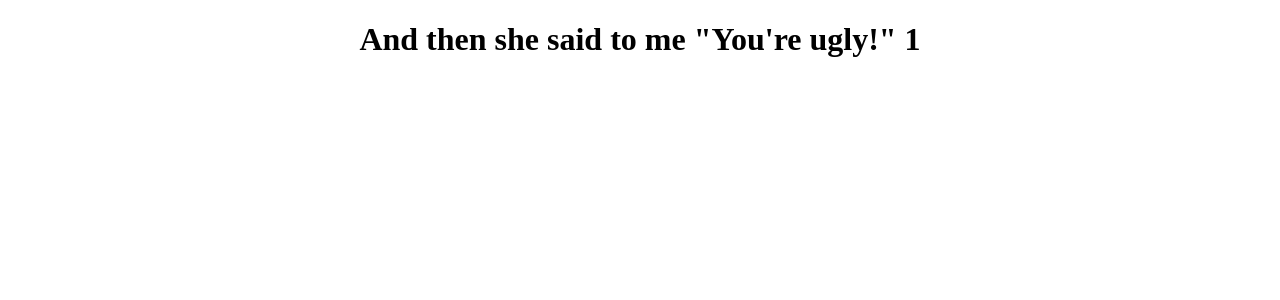
Repository: Lexscher/PHP-practice
Page: http://localhost/
The author's editor kept a record of every edit. The page is drawn from the files as they stood at one moment, then again after the next edit.
The browser window is 1280 px wide. The pictures show the whole page.
The page is run by PHP 8.4 with error messages shown; the project is at /var/www/html/.

Above is the page before.

After the next edit:
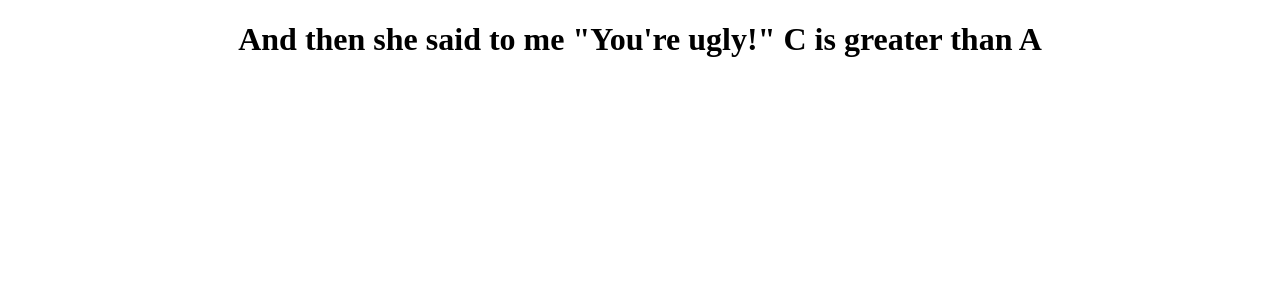
The edit:
--- a/index.php
+++ b/index.php
@@ -33,7 +33,7 @@
              if ($a > $c ) {
                  echo "A is greater than C";
              } else {
-                 echo $a;
+                 echo "C is greater than A";
              }
 
                 ?>
